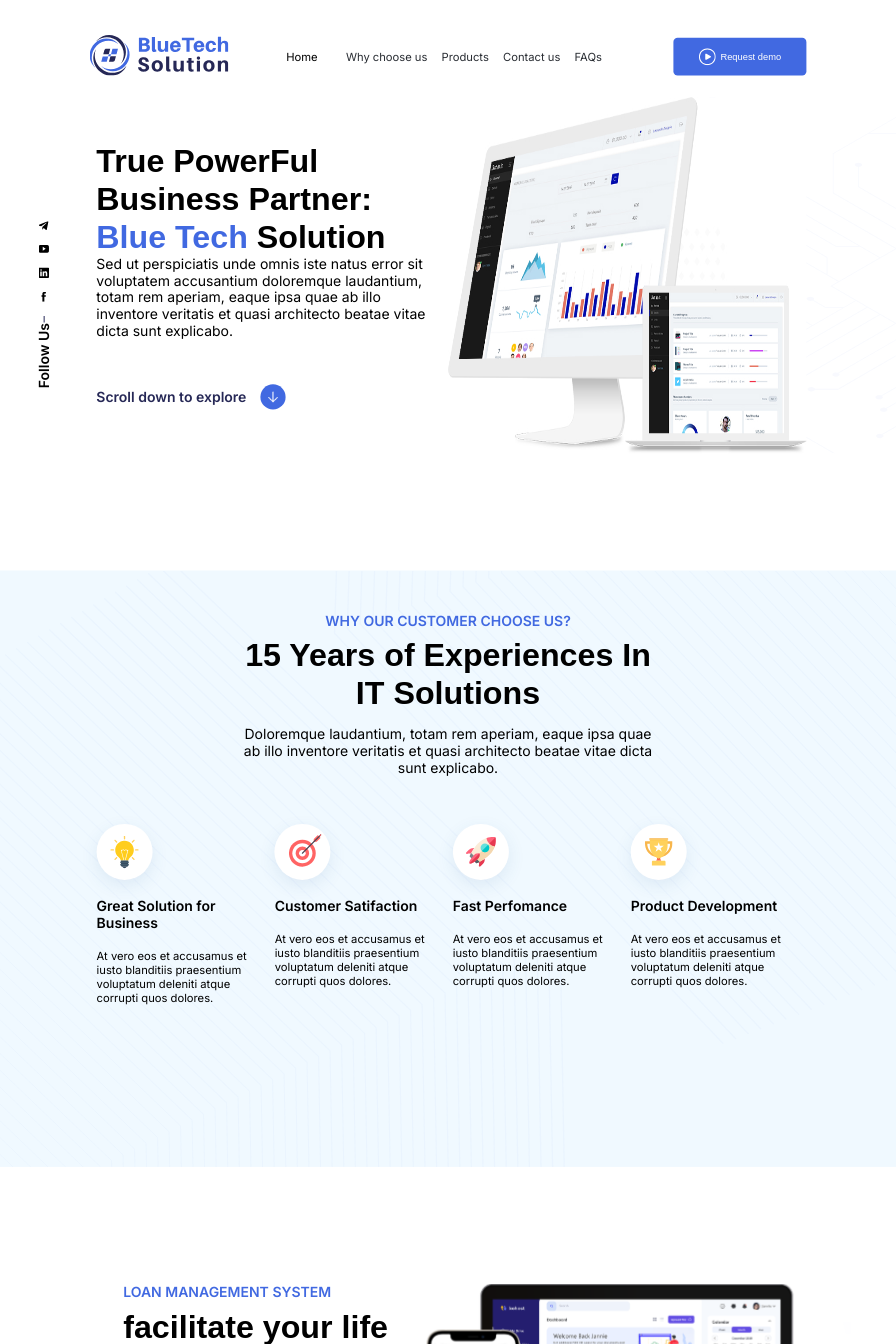
Repository: Chamsmey/static-html-css
Page: index.html
The author's editor kept a copy of each file at every save. The page is drawn from the files as they stood at one save, then again after the next save.
The browser window is 1280 px wide. The pictures show the part of the page from y = 0 to 1920 px (the page is 3034 px tall), at 70% of full size.
Some web fonts or font styles are not loaded; a fallback is used.

Above is the page before, as saved 2022-11-15 15:49:32.

After the next save:
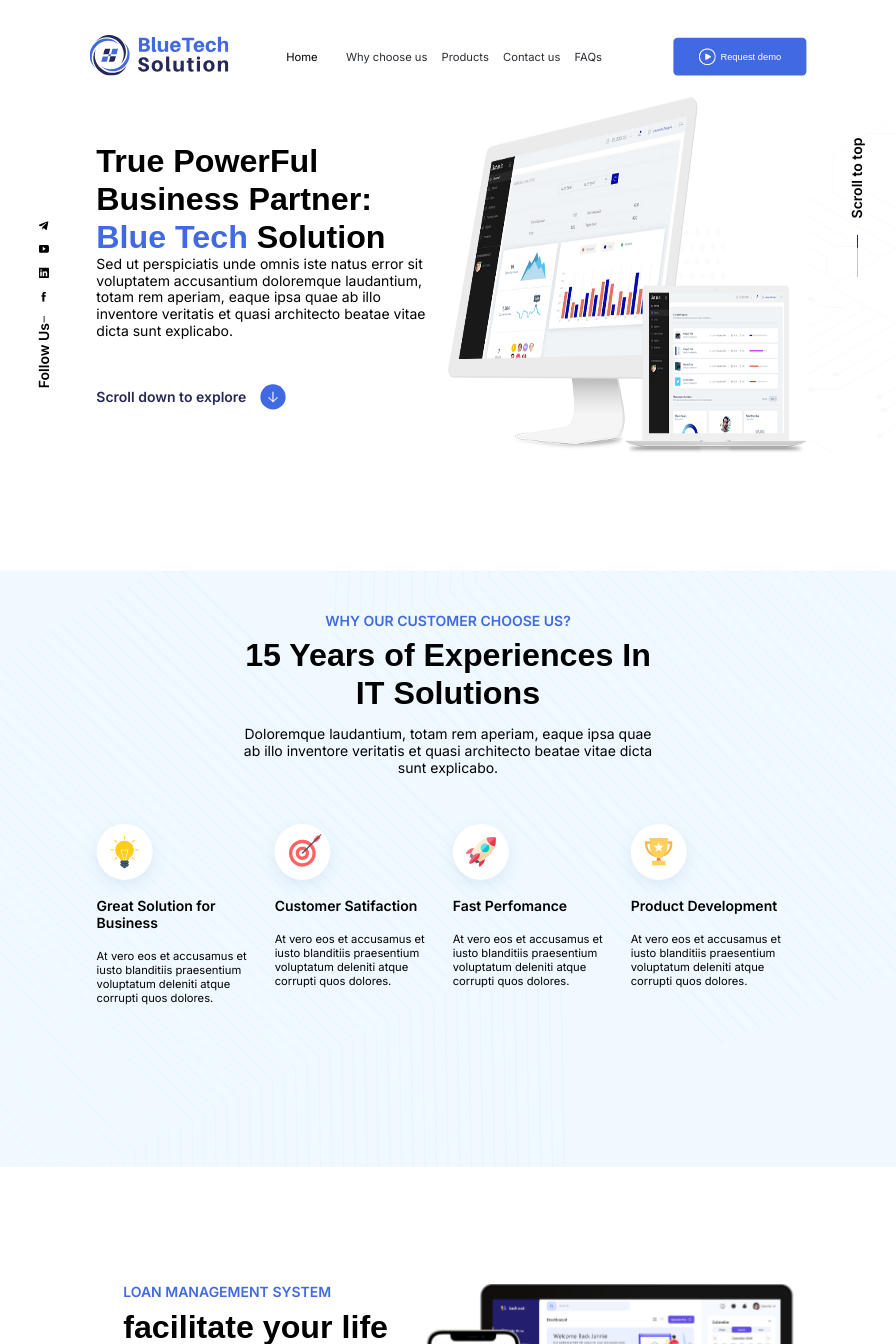
Saved 12 s later.
--- a/css/style.css
+++ b/css/style.css
@@ -377,7 +377,7 @@
   width: 50px;
   height: 200px;
   /* background: red; */
-  left: 1700px;
+  left: 1200px;
   top: 200px;
 
 }
